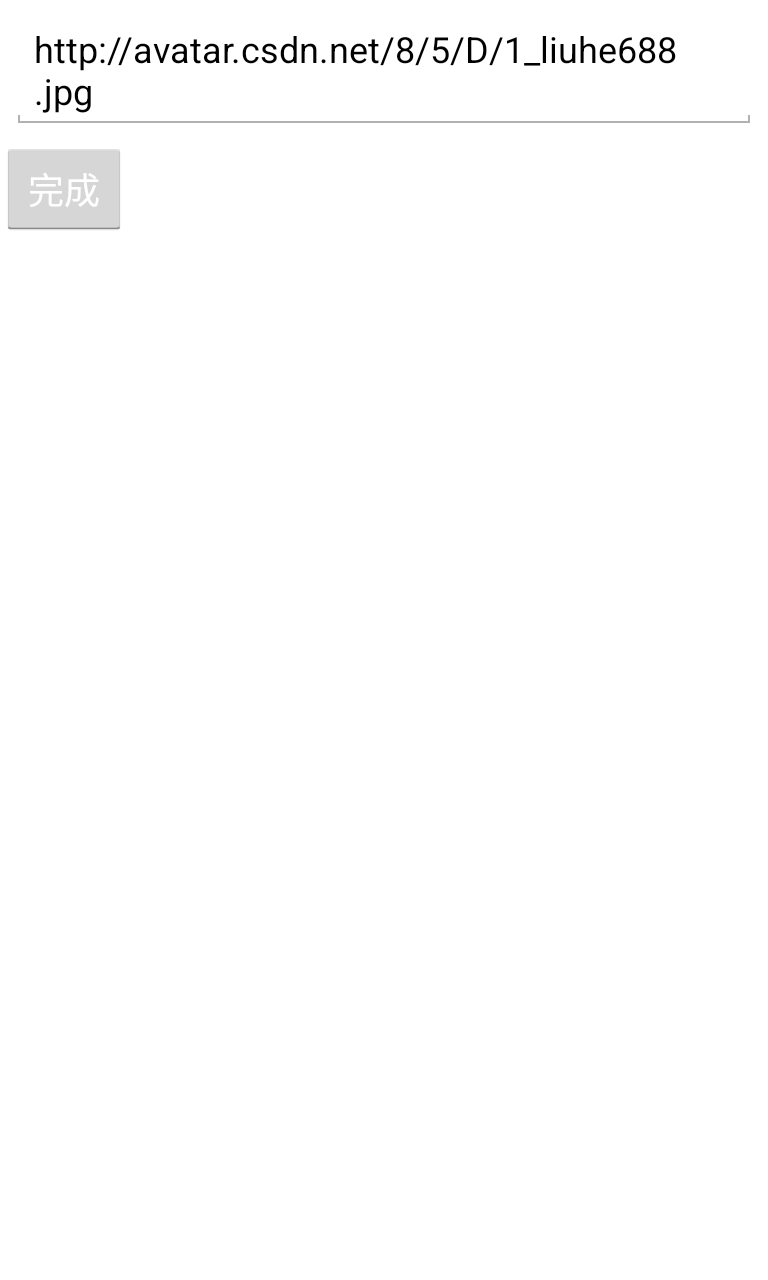
Repository: taiyang0725/Android
Layout: TestViewPage/res/layout/net_pic.xml
The author's editor kept a copy of each file at every save. The layout is drawn from the files as they stood at one save, then again after a run of saves.
It is drawn on a 768 x 1280 px phone screen (xhdpi) without system bars, with theme AppTheme; the app's code is not run.

Above is the layout before, as saved 2015-05-14 08:18:00.

After the next 2 saves:
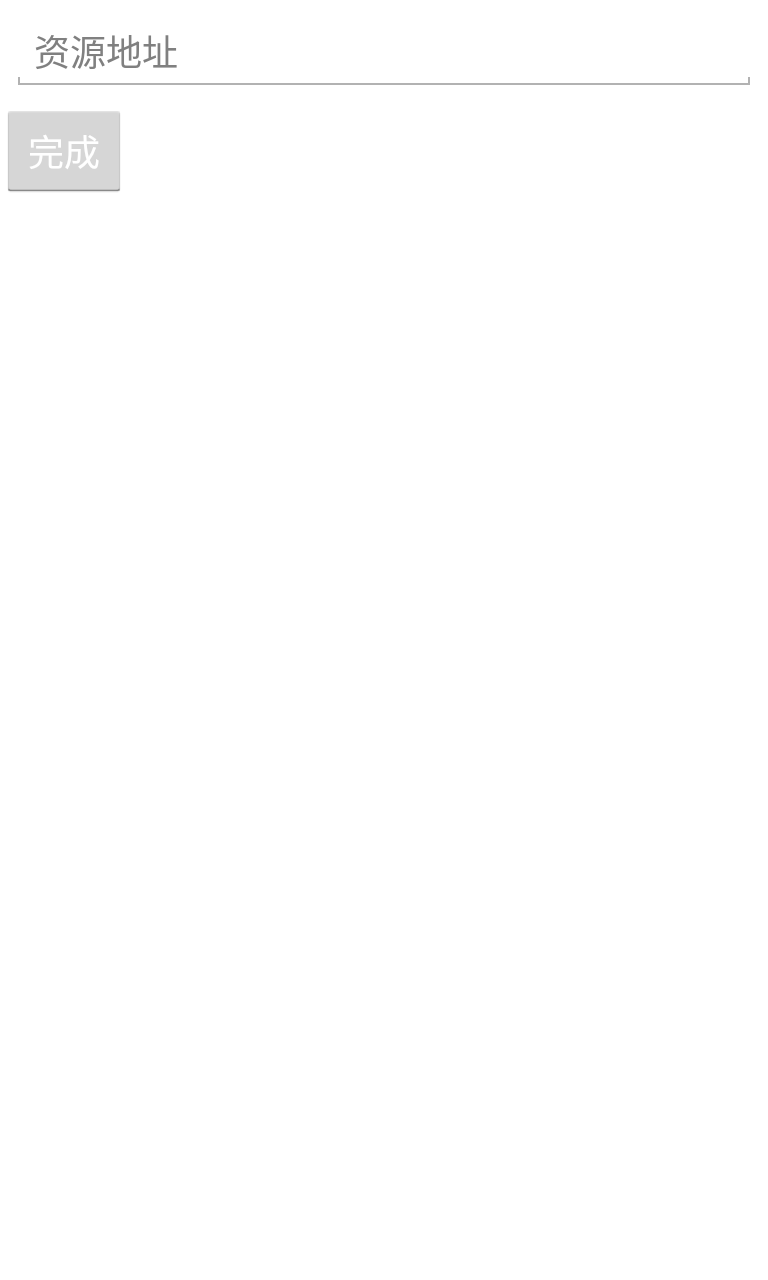
The 2 saves are shown as one change because 1 did not build or start.
The last was saved 3 min 26 s later.
--- a/TestViewPage/res/layout/net_pic.xml
+++ b/TestViewPage/res/layout/net_pic.xml
@@ -13,7 +13,7 @@
             android:layout_width="match_parent"
             android:layout_height="wrap_content"
             android:layout_margin="5dp"
-            android:text="http://avatar.csdn.net/8/5/D/1_liuhe688.jpg" />
+            android:hint="资源地址"/>
 
         <Button
             android:id="@+id/btn_net"
